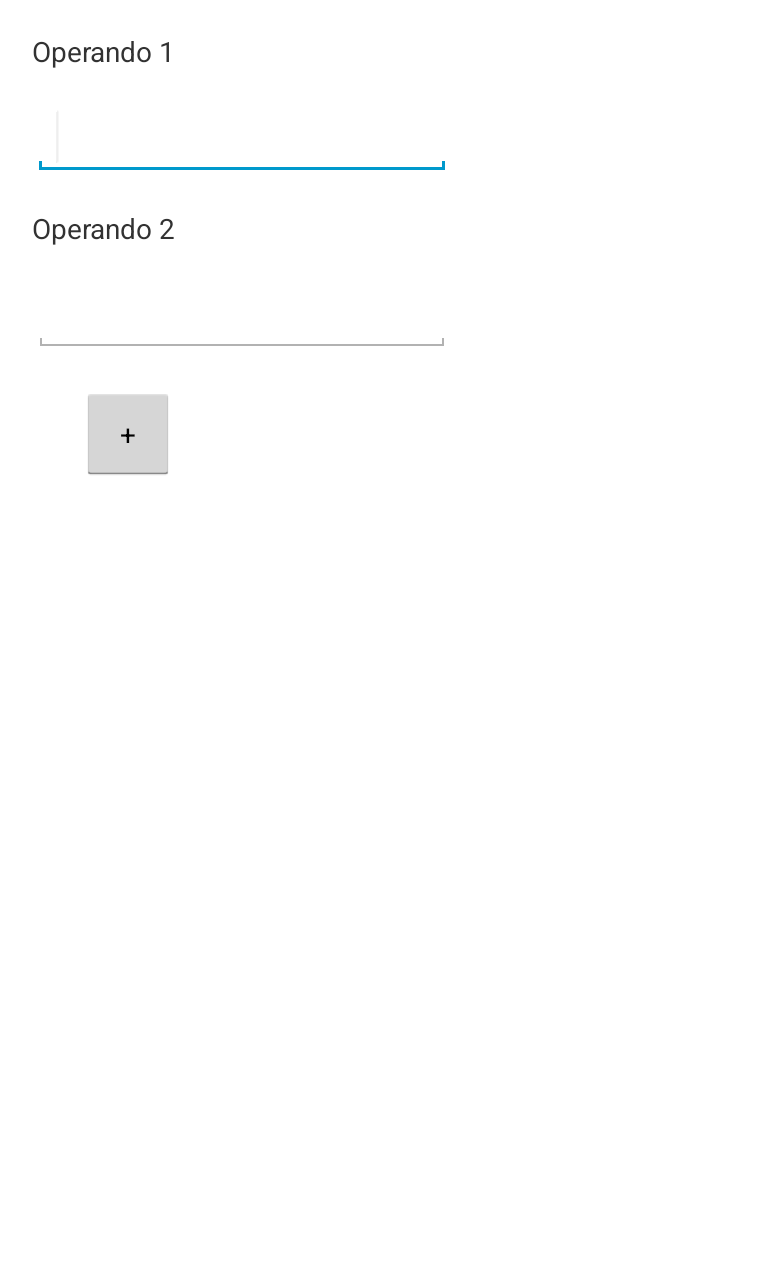
Repository: paullfull21/pmdm
Layout: ResultadoSuma/res/layout/activity_main.xml
These files come from the project's save history. The layout is drawn as it stood at one moment and after the next save; the edit follows.
It is drawn on a 768 x 1280 px phone screen (xhdpi) without system bars, with theme AppTheme; the app's code is not run.

Above is the layout before, as saved 2013-10-09 06:34:21.

### ResultadoSuma/res/layout/activity_main.xml
<RelativeLayout xmlns:android="http://schemas.android.com/apk/res/android"
    xmlns:tools="http://schemas.android.com/tools"
    android:layout_width="match_parent"
    android:layout_height="match_parent"
    android:paddingBottom="@dimen/activity_vertical_margin"
    android:paddingLeft="@dimen/activity_horizontal_margin"
    android:paddingRight="@dimen/activity_horizontal_margin"
    android:paddingTop="@dimen/activity_vertical_margin"
    tools:context=".MainActivity" >

    <TextView
        android:id="@+id/textView1"
        android:layout_width="wrap_content"
        android:layout_height="wrap_content"
        android:layout_alignParentLeft="true"
        android:layout_alignParentTop="true"
        android:text="@string/operando_uno" />

    <EditText
        android:id="@+id/operandoUno"
        android:layout_width="wrap_content"
        android:layout_height="wrap_content"
        android:layout_alignLeft="@+id/textView1"
        android:layout_below="@+id/textView1"
        android:layout_marginTop="14dp"
        android:ems="10"
        android:inputType="numberDecimal" >

        <requestFocus />
    </EditText>

    <TextView
        android:id="@+id/textView2"
        android:layout_width="wrap_content"
        android:layout_height="wrap_content"
        android:layout_alignLeft="@+id/operandoUno"
        android:layout_below="@+id/operandoUno"
        android:layout_marginTop="16dp"
        android:text="@string/operando_dos" />

    <EditText
        android:id="@+id/operandoDos"
        android:layout_width="wrap_content"
        android:layout_height="wrap_content"
        android:layout_alignLeft="@+id/textView2"
        android:layout_below="@+id/textView2"
        android:layout_marginTop="14dp"
        android:ems="10"
        android:inputType="numberDecimal" />

    <Button
        android:id="@+id/buttonSuma"
        style="?android:attr/buttonStyleSmall"
        android:layout_width="wrap_content"
        android:layout_height="wrap_content"
        android:layout_alignRight="@+id/textView2"
        android:layout_below="@+id/operandoDos"
        android:layout_marginTop="16dp"
        android:text="@string/boton_suma" />

</RelativeLayout>

### ResultadoSuma/res/values/strings.xml
<?xml version="1.0" encoding="utf-8"?>
<resources>

    <string name="app_name">ResultadoSuma</string>
    <string name="action_settings">Settings</string>
    <string name="hello_world">Hello world!</string>
    <string name="operando_uno">Operando 1</string>
    <string name="operando_dos">Operando 2</string>
    <string name="boton_suma">+</string>
    <string name="title_activity_sumador">SumadorActivity</string>
    <string name="resultado">Resultado</string>

</resources>

Loaded but not shown: ResultadoSuma/res/values/styles.xml (common file); ResultadoSuma/res/values-v11/styles.xml (common file); ResultadoSuma/res/values-v14/styles.xml (common file); ResultadoSuma/res/values/dimens.xml (common file)

After the next save:
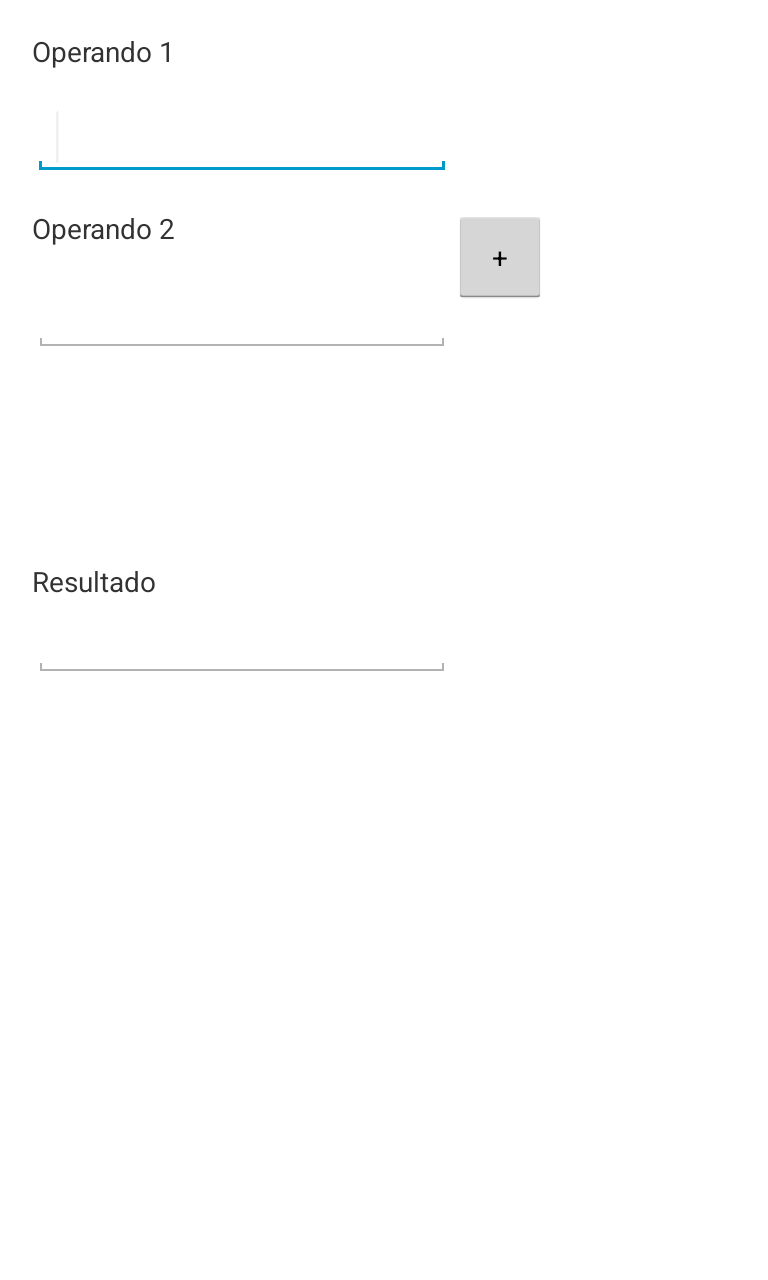
Saved 21 s later.
--- a/ResultadoSuma/res/layout/activity_main.xml
+++ b/ResultadoSuma/res/layout/activity_main.xml
@@ -53,9 +53,24 @@
         style="?android:attr/buttonStyleSmall"
         android:layout_width="wrap_content"
         android:layout_height="wrap_content"
-        android:layout_alignRight="@+id/textView2"
-        android:layout_below="@+id/operandoDos"
-        android:layout_marginTop="16dp"
+        android:layout_alignTop="@+id/textView2"
+        android:layout_toRightOf="@+id/operandoDos"
         android:text="@string/boton_suma" />
 
+    <EditText
+        android:id="@+id/editText1"
+        android:layout_width="wrap_content"
+        android:layout_height="wrap_content"
+        android:layout_centerVertical="true"
+        android:layout_toLeftOf="@+id/buttonSuma"
+        android:ems="10" />
+
+    <TextView
+        android:id="@+id/textView3"
+        android:layout_width="wrap_content"
+        android:layout_height="wrap_content"
+        android:layout_above="@+id/editText1"
+        android:layout_alignLeft="@+id/editText1"
+        android:text="@string/resultado" />
+
 </RelativeLayout>
